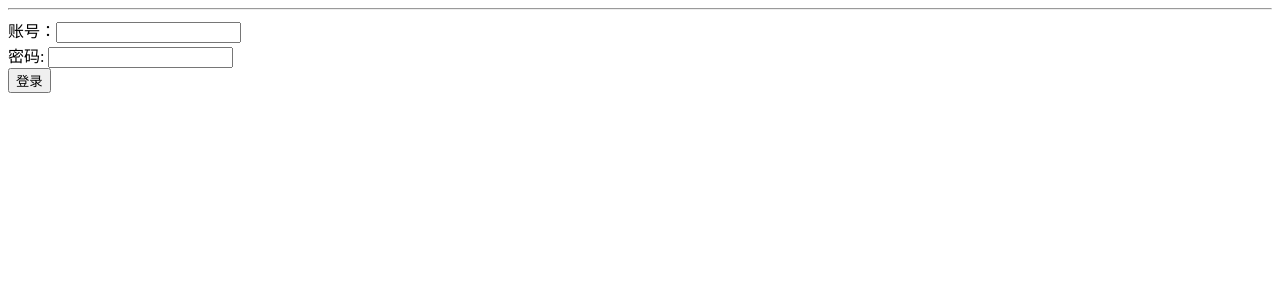
Repository: SunLightFor6/neuedu_record
Page: http://localhost/TransferAccount/login.jsp
An editor plug-in stored every save of this project. The page is shown before and after the next save, followed by the edit.
The browser window is 1280 px wide. The pictures show the whole page.
The page is served by Tomcat 9. Other server files are loaded and not shown.

Above is the page before, as saved 2018-06-06 09:50:21.

### TransferAccount/WebContent/login.jsp
<%@ page language="java" contentType="text/html; charset=UTF-8"
    pageEncoding="UTF-8"%>
<!DOCTYPE html PUBLIC "-//W3C//DTD HTML 4.01 Transitional//EN" "http://www.w3.org/TR/html4/loose.dtd">
<html>
<head>
<meta http-equiv="Content-Type" content="text/html; charset=UTF-8">
<title>Login</title>
</head>
<body>
<hr>
<form name="loginform" action="servlet/UserInfoServlet?method=login" method="post">
	账号：<input type="text" name="username" />
	<br>
	密码: <input type="password" name="password" />
	<br>
	<input type="submit" name="submit" value="登录" />
</form>
</body>
</html>

After the next save:
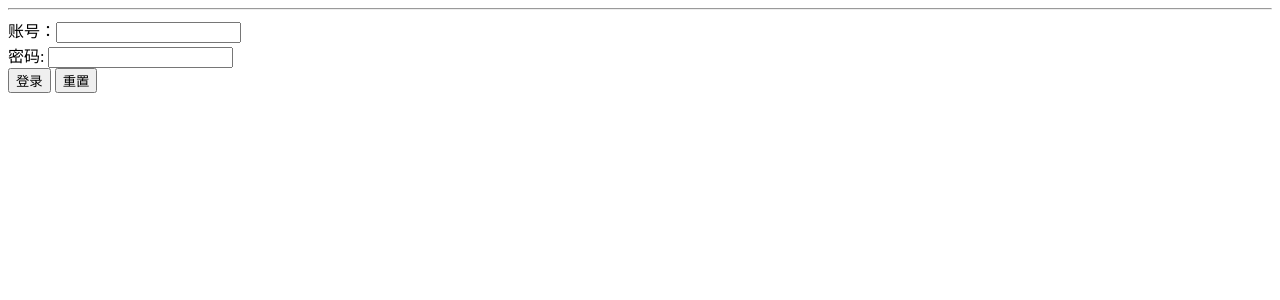
Saved 23 s later.
--- a/TransferAccount/WebContent/login.jsp
+++ b/TransferAccount/WebContent/login.jsp
@@ -14,6 +14,7 @@
 	密码: <input type="password" name="password" />
 	<br>
 	<input type="submit" name="submit" value="登录" />
+	<input type="reset" name="reset" value="重置" />
 </form>
 </body>
 </html>
